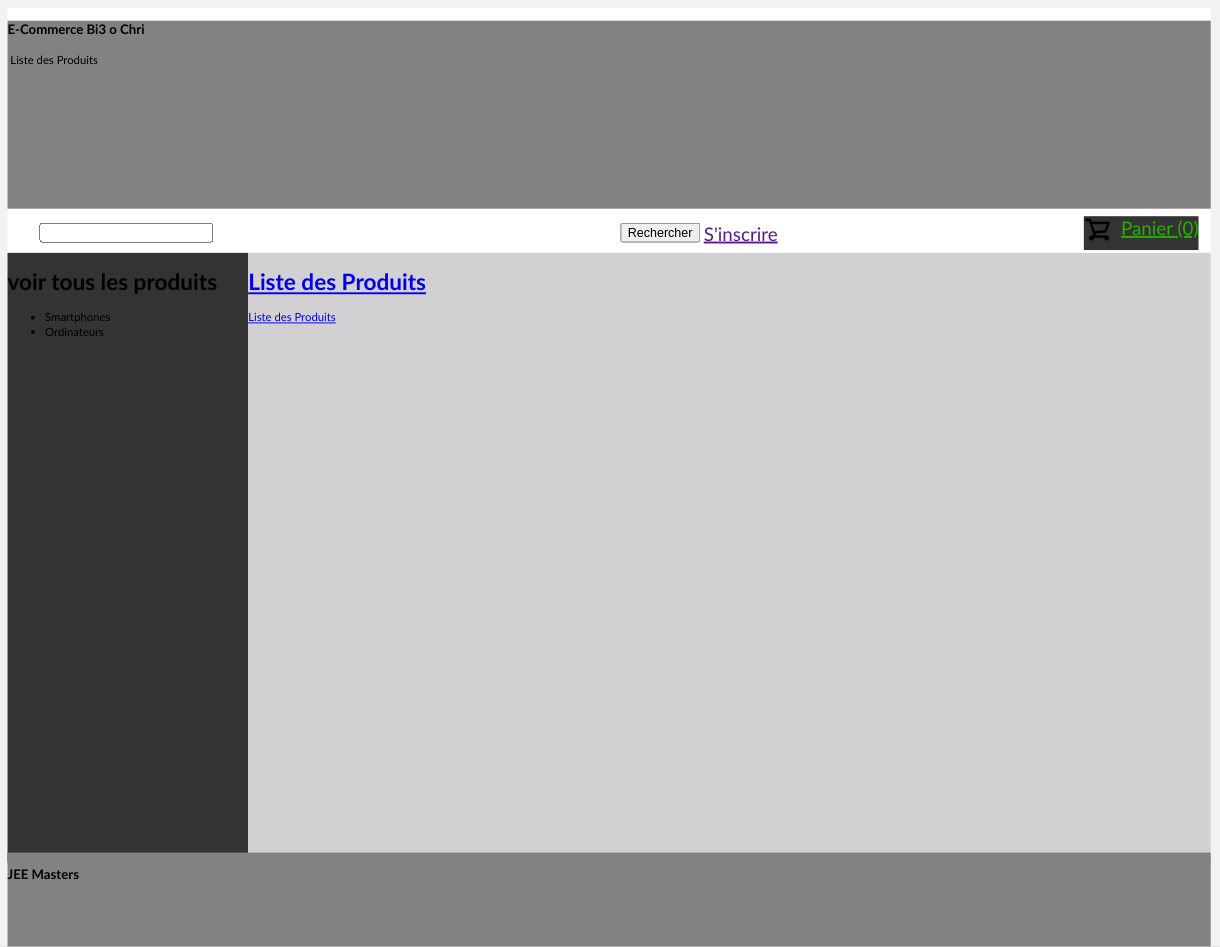
Repository: EBusinesss/Ebusiness
Page: http://localhost/EcomWEB/
The author's editor kept a copy of each file at every save. The page is drawn from the files as they stood at one save, then again after the next save.
The browser window is 1280 px wide. The page is 1298 px wide, so the pictures cover 1298 px, including what lies to the right of the window. The pictures show the whole page, at 94% of full size.
The page is served by Tomcat 9. Nobody is signed in. The application's start-up code is not run. Other server files are loaded and not shown.

Above is the page before, as saved 2014-12-25 15:07:26.

### Workspace/EcomWEB/WebContent/index.jsp
<%@ page language="java" contentType="text/html; charset=ISO-8859-1" pageEncoding="ISO-8859-1"%>


<!DOCTYPE html PUBLIC "-//W3C//DTD HTML 4.01 Transitional//EN" "http://www.w3.org/TR/html4/loose.dtd">
<html>
<head>
<script Src="./functions/functions.js" Language="javascript" type="text/javascript"></script>
<link rel="stylesheet" type="text/css" href="./style/style.css" />
<meta http-equiv="Content-Type" content="text/html; charset=ISO-8859-1">
<title>Insert title here</title>
</head>
<body>


<div id="wrapper">

	<div id="header">
	<h3>E-Commerce Bi3 o Chri</h3>

			<table>
			<tr>
				<td> <a onclick="listOfProducts()"> Liste des Produits </a> </td>
			</tr>
			</table>

	</div>

	<div id="navigation">

			<table class="tableNavig">
			<tr>
				<td><input type="text" id="nomProduitRecherche" height="10" width="25" onkeydown="if (event.keyCode==13) document.getElementById('btnSearch').click()" ></td>
				<td align="right" colspan="3">
				<button onclick="Rechercher()" type="button" id="btnSearch">Rechercher</button></td>


				<td> <a href=""> S'inscrire</a> </td>

				<td>
					<div class="Basket">
							<div class="icn-Basket"></div>
							<a href="" class="HeaderLink" target="_top">
									<span class="bigger">Panier (0)</span>
							</a>
					</div>
				</td>

			</tr>
			</table>


	</div>

	<div id="menuLateral">
	<h1> <a> voir tous les produits </a> </h1>

	<ul>
		<li> Smartphones</li>
		<li> Ordinateurs</li>
	</ul>
	</div>

	<div id="content">
	<h1><a href="http://localhost:8080/EcomWEB/ListProductServlet">Liste des Produits </a><br></h1>

	<a href="http://localhost:8080/EcomWEB/ListProductServlet">Liste des Produits </a>
	</div>

	<div id="footer">
		<h3>JEE Masters</h3>
	</div>

</div>
</body>
</html>

### Workspace/EcomWEB/WebContent/functions/functions.js
function listOfProducts()
{
var xmlhttp;
if (window.XMLHttpRequest)
  {// code for IE7+, Firefox, Chrome, Opera, Safari
  xmlhttp=new XMLHttpRequest();
  }
else
  {// code for IE6, IE5
  xmlhttp=new ActiveXObject("Microsoft.XMLHTTP");
  }
xmlhttp.onreadystatechange=function()
  {
  if (xmlhttp.readyState==4 && xmlhttp.status==200)
    {
    document.getElementById("content").innerHTML = xmlhttp.responseText;
    }
  };
xmlhttp.open("GET","ProductServlet",true);
xmlhttp.send();
}


function Rechercher()
{
var xmlhttp;
var val = document.getElementById('nomProduitRecherche').value;

if (window.XMLHttpRequest)
  {// code for IE7+, Firefox, Chrome, Opera, Safari
  xmlhttp=new XMLHttpRequest();
  }
else
  {// code for IE6, IE5
  xmlhttp=new ActiveXObject("Microsoft.XMLHTTP");
  }
xmlhttp.onreadystatechange=function()
  {
  if (xmlhttp.readyState==4 && xmlhttp.status==200)
    {
    document.getElementById("content").innerHTML = xmlhttp.responseText;
    }
  };
xmlhttp.open("GET","RechercherProductServlet?val="+val,true);
xmlhttp.send();
}

### Workspace/EcomWEB/WebContent/style/style.css
@CHARSET "ISO-8859-1";

body{
	background: #f3f2f3;
	color: #000000;
	font-family: Trebuchet MS, Arial, Times New Roman;
	font-size: 12px;
}


#wrapper {
	background: #FFFFFF;
	width: 100%;
	height: 999px;
	position: absolute;
}

#header{
	background: #838283;
	width: 100%;
	height: 20%;
}

#navigation{
	padding: 5px;
	width: 100%;
	height: 3%;
}

.tableNavig{
	width: 98%;
	font-size: 20px;
	padding-right: 15px;
	float: right;
}

.Basket {
	background: #333333;
	float: right;
}

.Basket>div {
	width:40px;
	height:36px;
	background: url(../images/basket.png);
    background-size: 30px 30px;
    background-repeat: no-repeat;
    float: left;
}

.Basket>a {
	color: #29b001;
}

#menuLateral{
	background: #333333;
	float: left;
	width: 20%;
	height: 65%;
}


#content {
	background: #d2d0d2;
	float: right;
	width: 80%;
	height: 65%;
}

#footer {
	background: #838283;
	width: 100%;
	height: 10%;
	position: absolute;
	bottom: 0px;
}

a{
	cursor: pointer;
}

After the next save:
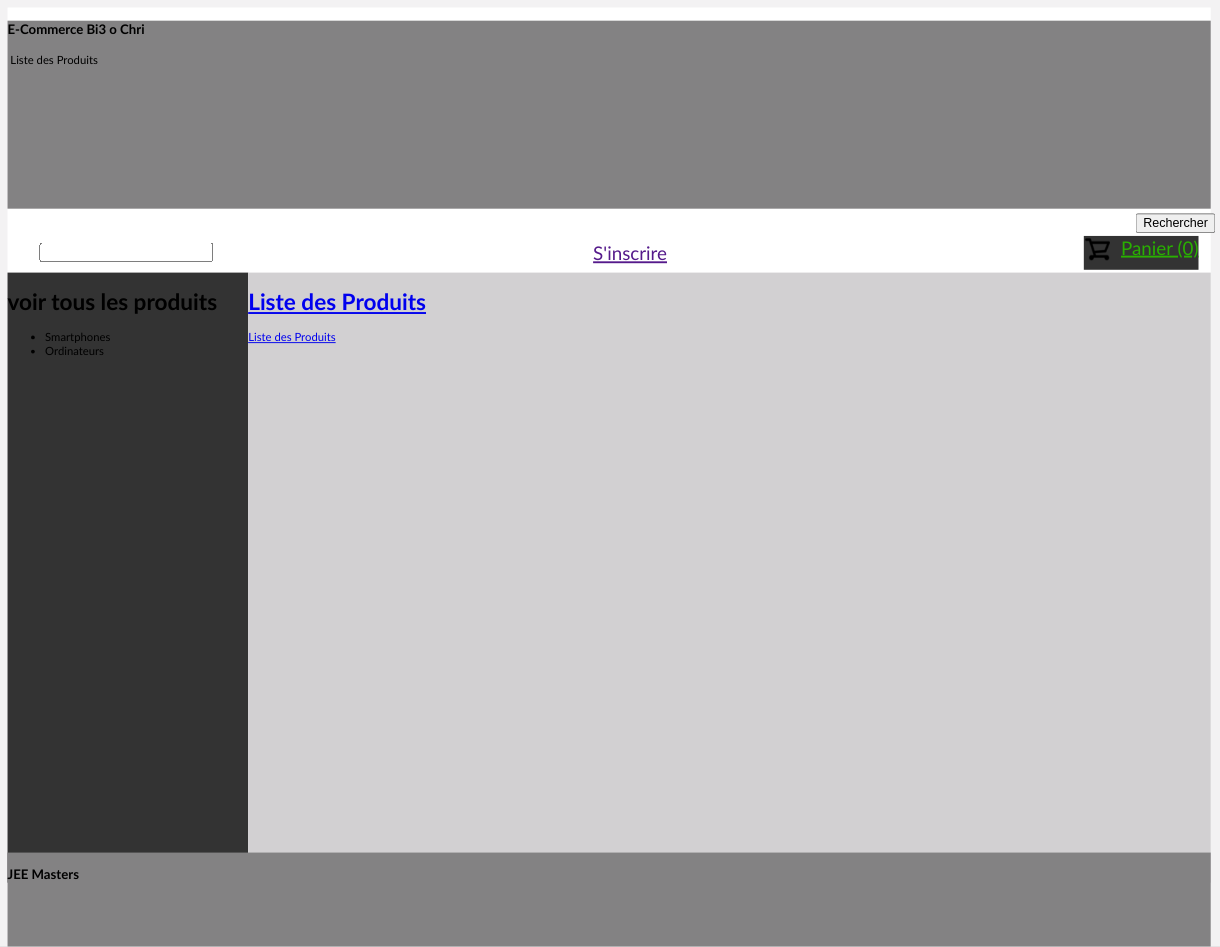
Saved 2 min 44 s later.
--- a/Workspace/EcomWEB/WebContent/index.jsp
+++ b/Workspace/EcomWEB/WebContent/index.jsp
@@ -30,8 +30,8 @@
 			<table class="tableNavig">
 			<tr>
 				<td><input type="text" id="nomProduitRecherche" height="10" width="25" onkeydown="if (event.keyCode==13) document.getElementById('btnSearch').click()" ></td>
-				<td align="right" colspan="3">
-				<button onclick="Rechercher()" type="button" id="btnSearch">Rechercher</button></td>
+				<div align="right" colspan="3">
+				<button onclick="Rechercher()" type="button" id="btnSearch">Rechercher</button></div>
 
 
 				<td> <a href=""> S'inscrire</a> </td>
